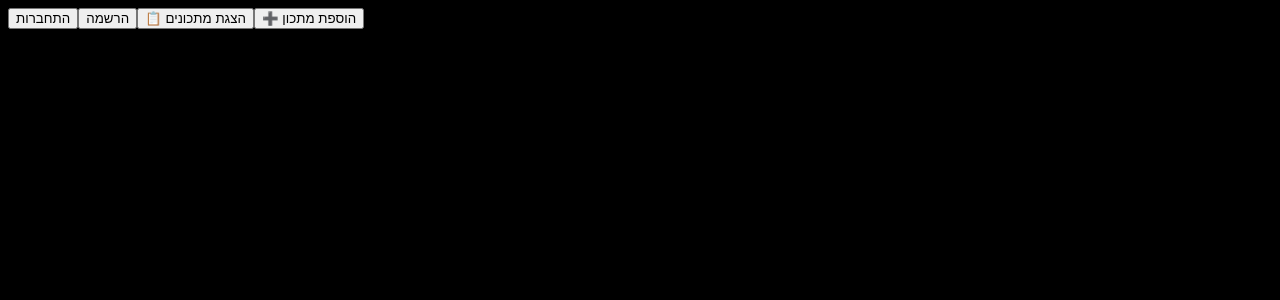
Repository: saraAber/Recipes_ReactProject
Page: /
An editor plug-in stored every save of this project. The page is shown before and after a run of saves, followed by the edit.
The browser window is 1280 px wide. The pictures show the whole page.
The project was rebuilt for these pictures with package versions that can differ from the ones it lists, and the page was loaded fresh each time. Also part of the build but not shown: vite.config.ts, src/components/Login.tsx, src/components/SignIn.tsx.

Above is the page before, as saved 2025-05-04 21:53:30.

After the next 3 saves:
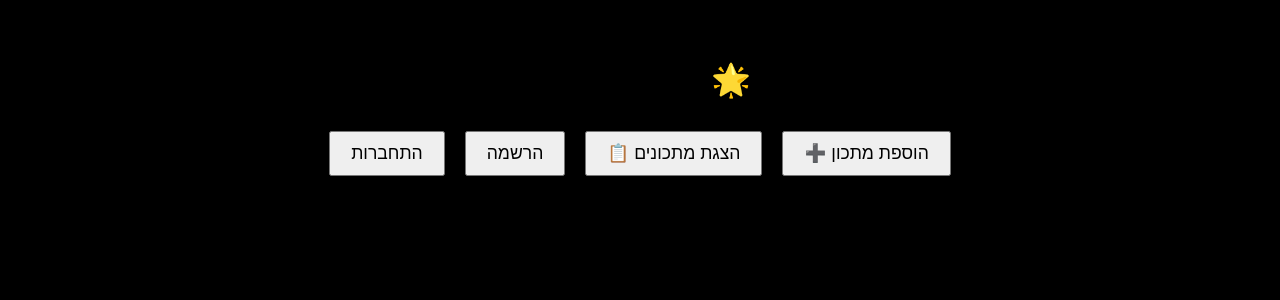
The 3 saves are shown as one change because they came seconds apart.
The last was saved 25 s later.
--- a/src/components/HomePage.tsx
+++ b/src/components/HomePage.tsx
@@ -146,8 +146,9 @@ function HomePage() {
   const { user } = useAuth();
 
   return (
-    <div className="overlay">
-      <div className="button-container">
+    <div className="home-container">
+      <h1>ברוכים הבאים 🌟</h1>
+      <div className="button-group">
         {!user && (
           <>
             <button onClick={() => setShowLogin(true)}>התחברות</button>
